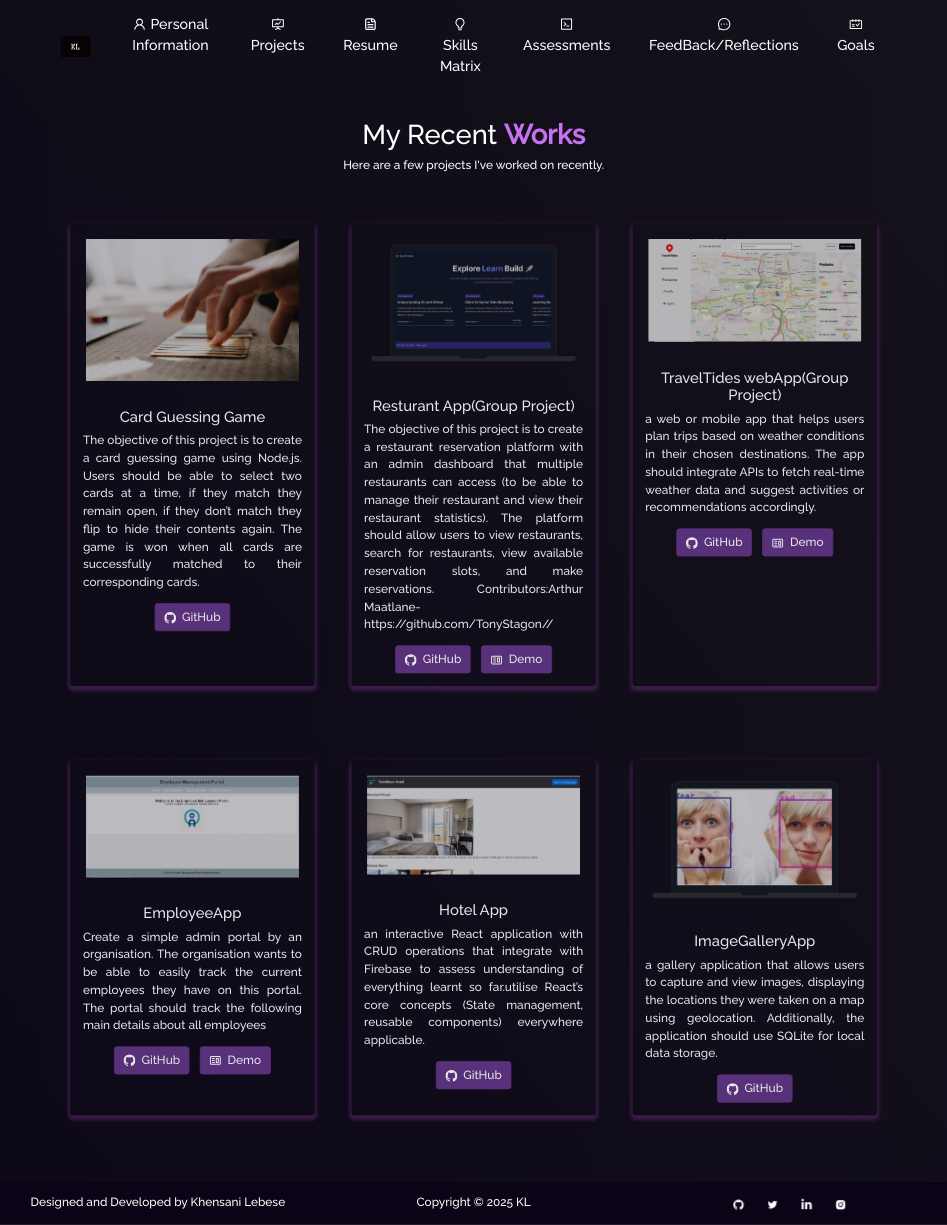
Repository: Khensani-Lebese/PortfolioCodeTribe
Page: /project
These files come from the project's save history. The page is drawn as it stood at one moment and after the next save; the edit follows.
The browser window is 1280 px wide. The pictures show the whole page, at 74% of full size.
The project was rebuilt for these pictures with package versions that can differ from the ones it lists, and the page was loaded fresh each time. Also part of the build but not shown: src/components/Home/Home2.js, src/components/Home/Type.js, src/components/Home/Home.js, src/components/About/Github.js, src/components/About/Techstack.js, src/components/About/AboutCard.js, src/components/About/Toolstack.js, src/components/About/About.js and 5 more. Imported but missing from the stored project, and not drawn on this page: src/Assets/Khensani Lebese Resume.pdf.

Above is the page before, as saved 2025-02-06 11:23:27.

### src/App.js
import React, { useState, useEffect } from "react";
import Preloader from "../src/components/Pre";
import Navbar from "./components/Navbar";
import Home from "./components/Home/Home";
import About from "./components/About/About";
import Projects from "./components/Projects/Projects";
import Footer from "./components/Footer";
import Resume from "./components/Resume/ResumeNew";
import Skills from "./components/SkillsMatrix";
import Assessment from "./components/Assessment";
import Feedback from "./components/Feedback";
import Goals from "./components/Goals";
import {
  BrowserRouter as Router,
  Route,
  Routes,
  Navigate,
} from "react-router-dom";
import ScrollToTop from "./components/ScrollToTop";
import "./style.css";
import "./App.css";
import "bootstrap/dist/css/bootstrap.min.css";

function App() {
  const [load, updateLoad] = useState(true);

  useEffect(() => {
    const timer = setTimeout(() => {
      updateLoad(false);
    }, 1200);

    return () => clearTimeout(timer);
  }, []);

  return (
    <Router>
      <Preloader load={load} />
      <div className="App" id={load ? "no-scroll" : "scroll"}>
        <Navbar />
        <ScrollToTop />
        <Routes>
          <Route path="/" element={<Home />} />
          <Route path="/project" element={<Projects />} />
          <Route path="/about" element={<About />} />
          <Route path="/resume" element={<Resume />} />
          <Route path="/skills" element={<Skills />} />
          <Route path="/assessments" element={<Assessment />} />
          <Route path="/feedback" element={<Feedback />} />
          <Route path="/goals" element={<Goals />} />
          <Route path="*" element={<Navigate to="/" />} />
        </Routes>
        <Footer />
      </div>
    </Router>
  );
}

export default App;

### src/components/Navbar.js
import React, { useState } from "react";
import Navbar from "react-bootstrap/Navbar";
import Nav from "react-bootstrap/Nav";
import Container from "react-bootstrap/Container";
import logo from "../Assets/logo.png";
import { Link } from "react-router-dom";

import {
  AiOutlineFundProjectionScreen,
  AiOutlineUser,
  AiOutlineBulb,
  AiOutlineCode,
  AiOutlineMessage,
  AiOutlineSchedule,
} from "react-icons/ai";

import { CgFileDocument } from "react-icons/cg";

function NavBar() {
  const [expand, updateExpanded] = useState(false);
  const [navColour, updateNavbar] = useState(false);

  function scrollHandler() {
    if (window.scrollY >= 20) {
      updateNavbar(true);
    } else {
      updateNavbar(false);
    }
  }

  window.addEventListener("scroll", scrollHandler);

  return (
    <Navbar
      expanded={expand}
      fixed="top"
      expand="md"
      className={navColour ? "sticky" : "navbar"}
    >
      <Container>
        <Navbar.Brand href="/" className="d-flex">
          <img src={logo} className="img-fluid logo" alt="brand" />
        </Navbar.Brand>
        <Navbar.Toggle
          aria-controls="responsive-navbar-nav"
          onClick={() => {
            updateExpanded(expand ? false : "expanded");
          }}
        >
          <span></span>
          <span></span>
          <span></span>
        </Navbar.Toggle>
        <Navbar.Collapse id="responsive-navbar-nav">
          <Nav className="ms-auto" defaultActiveKey="#home">
            <Nav.Item>
              <Nav.Link
                as={Link}
                to="/about"
                onClick={() => updateExpanded(false)}
              >
                <AiOutlineUser style={{ marginBottom: "2px" }} /> Personal
                Information
              </Nav.Link>
            </Nav.Item>

            <Nav.Item>
              <Nav.Link
                as={Link}
                to="/project"
                onClick={() => updateExpanded(false)}
              >
                <AiOutlineFundProjectionScreen
                  style={{ marginBottom: "2px" }}
                />{" "}
                Projects
              </Nav.Link>
            </Nav.Item>

            <Nav.Item>
              <Nav.Link
                as={Link}
                to="/resume"
                onClick={() => updateExpanded(false)}
              >
                <CgFileDocument style={{ marginBottom: "2px" }} /> Resume
              </Nav.Link>
            </Nav.Item>

            <Nav.Item>
              <Nav.Link
                as={Link}
                to="/skills"
                onClick={() => updateExpanded(false)}
              >
                <AiOutlineBulb style={{ marginBottom: "2px" }} /> Skills Matrix
              </Nav.Link>
            </Nav.Item>

            <Nav.Item>
              <Nav.Link
                as={Link}
                to="/assessments"
                onClick={() => updateExpanded(false)}
              >
                <AiOutlineCode style={{ marginBottom: "2px" }} />
                Assessments
              </Nav.Link>
            </Nav.Item>

            <Nav.Item>
              <Nav.Link
                as={Link}
                to="/feedback"
                onClick={() => updateExpanded(false)}
              >
                <AiOutlineMessage style={{ marginBottom: "2px" }} />
                FeedBack/Reflections
              </Nav.Link>
            </Nav.Item>

            <Nav.Item>
              <Nav.Link
                as={Link}
                to="/goals"
                onClick={() => updateExpanded(false)}
              >
                <AiOutlineSchedule style={{ marginBottom: "2px" }} />
                Goals
              </Nav.Link>
            </Nav.Item>
          </Nav>
        </Navbar.Collapse>
      </Container>
    </Navbar>
  );
}

export default NavBar;

### src/components/Projects/Projects.js
import React from "react";
import { Container, Row, Col } from "react-bootstrap";
import ProjectCard from "./ProjectCards";
import Particle from "../Particle";
import employee from "../../Assets/Projects/employee.jpg";
import emotion from "../../Assets/Projects/emotion.png";
import weatherActivity from "../../Assets/Projects/weatherActivity.png";
import card from "../../Assets/Projects/card-guessing.png";
import hotel from "../../Assets/Projects/hotel.png";
import bitsOfCode from "../../Assets/Projects/blog.png";

function Projects() {
  return (
    <Container fluid className="project-section">
      <Particle />
      <Container>
        <h1 className="project-heading">
          My Recent <strong className="purple">Works </strong>
        </h1>
        <p style={{ color: "white" }}>
          Here are a few projects I've worked on recently.
        </p>
        <Row style={{ justifyContent: "center", paddingBottom: "10px" }}>
          <Col md={4} className="project-card">
            <ProjectCard
              imgPath={card}
              isBlog={false}
              title="Card Guessing Game"
              description="The objective of this project is to create a card guessing game using Node.js.  Users should be able to select two cards at a time, if they match they remain open, if they don’t match they flip to hide their contents again. The game is won when all cards are successfully matched to their corresponding cards."
              ghLink="https://github.com/Khensani-Lebese/card-guessing-game.git"
            />
          </Col>

          <Col md={4} className="project-card">
            <ProjectCard
              imgPath={bitsOfCode}
              isBlog={false}
              title="Resturant App(Group Project)"
              description="The objective of this project is to create a restaurant reservation platform with an admin dashboard that multiple restaurants can access (to be able to manage their restaurant and view their restaurant statistics). The platform should allow users to view restaurants, search for restaurants, view available reservation slots, and make reservations.
              Contributors:Arthur Maatlane-https://github.com/TonyStagon//"
              ghLink="https://github.com/Khensani-Lebese/ResturantApplication.git"
              demoLink=" "
            />
          </Col>

          <Col md={4} className="project-card">
            <ProjectCard
              imgPath={weatherActivity}
              isBlog={false}
              title="TravelTides webApp(Group Project)"
              description="a web or mobile app that helps users plan trips based on weather conditions in their chosen destinations. The app should integrate APIs to fetch real-time weather data and suggest activities or recommendations accordingly."
              ghLink="https://github.com/Khensani-Lebese/weather-travel-planner-backend.git(Backend)"
              demoLink="https://weather-travel-planner-frontend.vercel.app/"
            />
          </Col>

          <Col md={4} className="project-card">
            <ProjectCard
              imgPath={employee}
              isBlog={false}
              title="EmployeeApp"
              description="Create a simple admin portal by an organisation. The organisation wants to be able to easily track the current employees they have on this portal. The portal should track the following main details about all employees"
              ghLink="https://github.com/Khensani-Lebese/EmployeeApp.git"
              demoLink=" "
            />
          </Col>

          <Col md={4} className="project-card">
            <ProjectCard
              imgPath={hotel}
              isBlog={false}
              title=" Hotel App"
              description="an interactive React application with CRUD operations that integrate with Firebase to assess understanding of everything learnt so far.utilise React’s core concepts (State management, reusable components) everywhere applicable."
              ghLink="https://github.com/Khensani-Lebese/HotelApp.git"
              demoLink=""
            />
          </Col>

          <Col md={4} className="project-card">
            <ProjectCard
              imgPath={emotion}
              isBlog={false}
              title="ImageGalleryApp"
              description=" a gallery application that allows users to capture and  view images, displaying  the locations they were taken on a map using geolocation. Additionally, the application should use SQLite for local data storage."
              ghLink="https://github.com/Khensani-Lebese/ImageGalleryApp.git"
              demoLink=""
            />
          </Col>
        </Row>
      </Container>
    </Container>
  );
}

export default Projects;

### src/components/Footer.js
import React from "react";
import { Container, Row, Col } from "react-bootstrap";
import {
  AiFillGithub,
  AiOutlineTwitter,
  AiFillInstagram,
} from "react-icons/ai";
import { FaLinkedinIn } from "react-icons/fa";

function Footer() {
  let date = new Date();
  let year = date.getFullYear();
  return (
    <Container fluid className="footer">
      <Row>
        <Col md="4" className="footer-copywright">
          <h3>Designed and Developed by Khensani Lebese</h3>
        </Col>
        <Col md="4" className="footer-copywright">
          <h3>Copyright © {year} KL</h3>
        </Col>
        <Col md="4" className="footer-body">
          <ul className="footer-icons">
            <li className="social-icons">
              <a
                href="https://github.com/Khensani-Lebese"
                style={{ color: "white" }}
                target="_blank"
                rel="noopener noreferrer"
              >
                <AiFillGithub />
              </a>
            </li>
            <li className="social-icons">
              <a
                href=" "
                style={{ color: "white" }}
                target="_blank"
                rel="noopener noreferrer"
              >
                <AiOutlineTwitter />
              </a>
            </li>
            <li className="social-icons">
              <a
                href="https://www.linkedin.com/in/khensani-lebese/"
                style={{ color: "white" }}
                target="_blank"
                rel="noopener noreferrer"
              >
                <FaLinkedinIn />
              </a>
            </li>
            <li className="social-icons">
              <a
                href=" "
                style={{ color: "white" }}
                target="_blank"
                rel="noopener noreferrer"
              >
                <AiFillInstagram />
              </a>
            </li>
          </ul>
        </Col>
      </Row>
    </Container>
  );
}

export default Footer;

### src/components/Particle.js
import React from "react";
import Particles from "react-tsparticles";

function Particle() {
  return (
    <Particles
      id="tsparticles"
      params={{
        particles: {
          number: {
            value: 160,
            density: {
              enable: true,
              value_area: 1500,
            },
          },
          line_linked: {
            enable: false,
            opacity: 0.03,
          },
          move: {
            direction: "right",
            speed: 0.05,
          },
          size: {
            value: 1,
          },
          opacity: {
            anim: {
              enable: true,
              speed: 1,
              opacity_min: 0.05,
            },
          },
        },
        interactivity: {
          events: {
            onclick: {
              enable: true,
              mode: "push",
            },
          },
          modes: {
            push: {
              particles_nb: 1,
            },
          },
        },
        retina_detect: true,
      }}
    />
  );
}

export default Particle;

### src/components/Projects/ProjectCards.js
import React from "react";
import Card from "react-bootstrap/Card";
import Button from "react-bootstrap/Button";
import { CgWebsite } from "react-icons/cg";
import { BsGithub } from "react-icons/bs";

function ProjectCards(props) {
  return (
    <Card className="project-card-view">
      <Card.Img variant="top" src={props.imgPath} alt="card-img" />
      <Card.Body>
        <Card.Title>{props.title}</Card.Title>
        <Card.Text style={{ textAlign: "justify" }}>
          {props.description}
        </Card.Text>
        <Button variant="primary" href={props.ghLink} target="_blank">
          <BsGithub /> &nbsp;
          {props.isBlog ? "Blog" : "GitHub"}
        </Button>
        {"\n"}
        {"\n"}

        {/* If the component contains Demo link and if it's not a Blog then, it will render the below component  */}

        {!props.isBlog && props.demoLink && (
          <Button
            variant="primary"
            href={props.demoLink}
            target="_blank"
            style={{ marginLeft: "10px" }}
          >
            <CgWebsite /> &nbsp;
            {"Demo"}
          </Button>
        )}
      </Card.Body>
    </Card>
  );
}
export default ProjectCards;

### src/components/SkillsMatrix.css
@import url("https://fonts.googleapis.com/css2?family=Raleway:wght@500&display=swap");

body {
  margin: 0;
  font-family: "Raleway", serif !important;
  -webkit-font-smoothing: antialiased;
  -moz-osx-font-smoothing: grayscale;
  background-image: linear-gradient(to left, rgb(27 20 41), rgb(20 15 35));
  color: white;
}

.skills-matrix-container {
  padding: 20px;
  max-width: 800px;
  margin: 50px auto;
  text-align: center;
}

h1 {
  margin-bottom: 20px;
  color: blueviolet;
}

.skills-table {
  width: 100%;
  border-collapse: collapse;
  background-color: rgba(255, 255, 255, 0.1);
  border-radius: 10px;
  overflow: hidden;
}

.skills-table th,
.skills-table td {
  padding: 15px;
  text-align: left;
  border-bottom: 1px solid rgba(255, 255, 255, 0.2);
}

.skills-table th {
  background-color: rgba(136, 14, 188, 0.2);
  font-weight: bold;
}

.skills-table tr:hover {
  background-color: rgba(255, 255, 255, 0.2);
}

.skills-table td {
  color: #ddd;
}

Loaded but not shown: public/index.html (common file); src/index.js (common file); src/index.css (common file); src/reportWebVitals.js (common file); src/components/Pre.js (common file); src/components/ScrollToTop.js (common file); src/style.css (common file); src/App.css (common file)

After the next save:
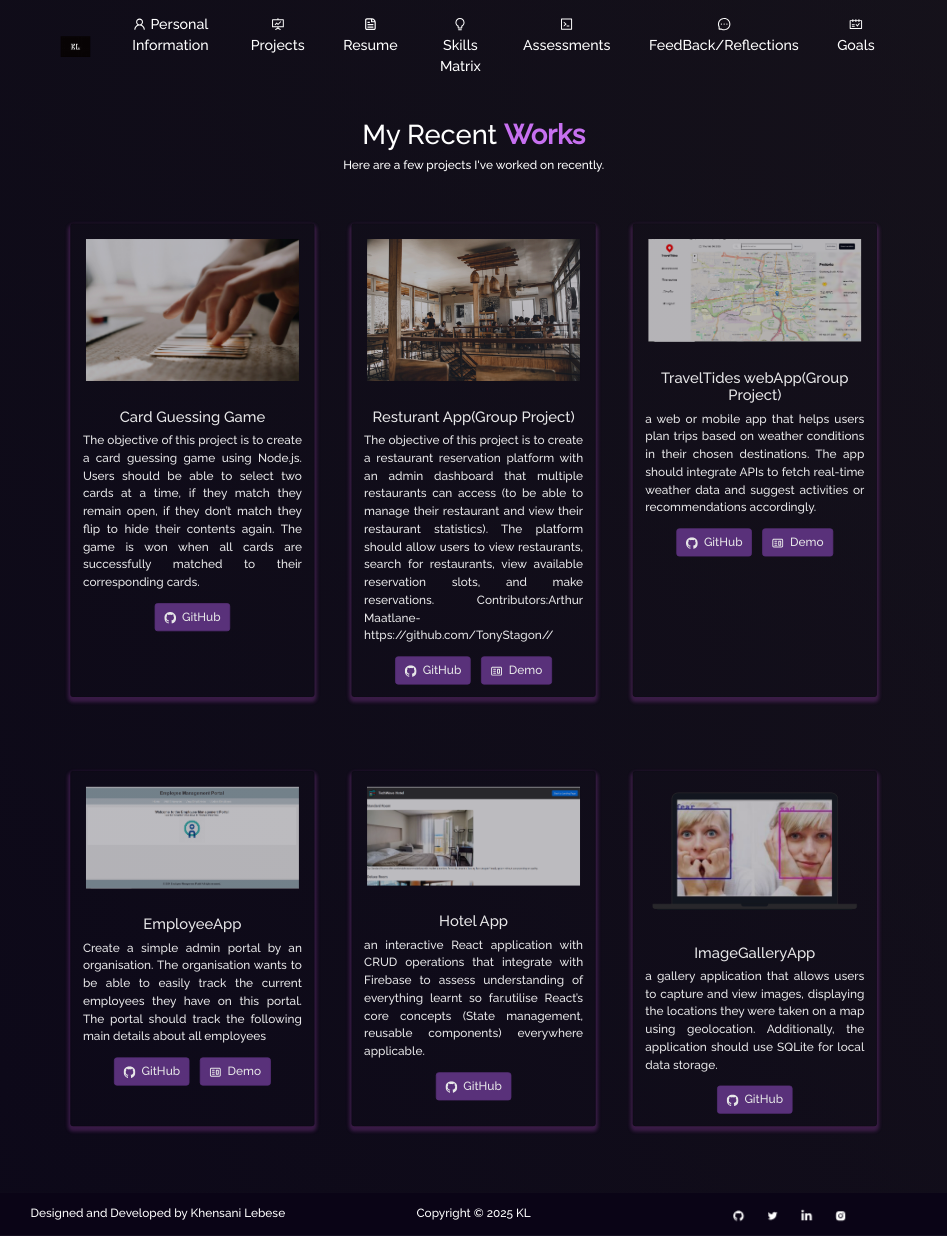
Saved 9 min 19 s later.
--- a/src/components/Projects/Projects.js
+++ b/src/components/Projects/Projects.js
@@ -7,7 +7,7 @@ import emotion from "../../Assets/Projects/emotion.png";
 import weatherActivity from "../../Assets/Projects/weatherActivity.png";
 import card from "../../Assets/Projects/card-guessing.png";
 import hotel from "../../Assets/Projects/hotel.png";
-import bitsOfCode from "../../Assets/Projects/blog.png";
+import restaurant from "../../Assets/Projects/restaurant.png";
 
 function Projects() {
   return (
@@ -33,7 +33,7 @@ function Projects() {
 
           <Col md={4} className="project-card">
             <ProjectCard
-              imgPath={bitsOfCode}
+              imgPath={restaurant}
               isBlog={false}
               title="Resturant App(Group Project)"
               description="The objective of this project is to create a restaurant reservation platform with an admin dashboard that multiple restaurants can access (to be able to manage their restaurant and view their restaurant statistics). The platform should allow users to view restaurants, search for restaurants, view available reservation slots, and make reservations.
